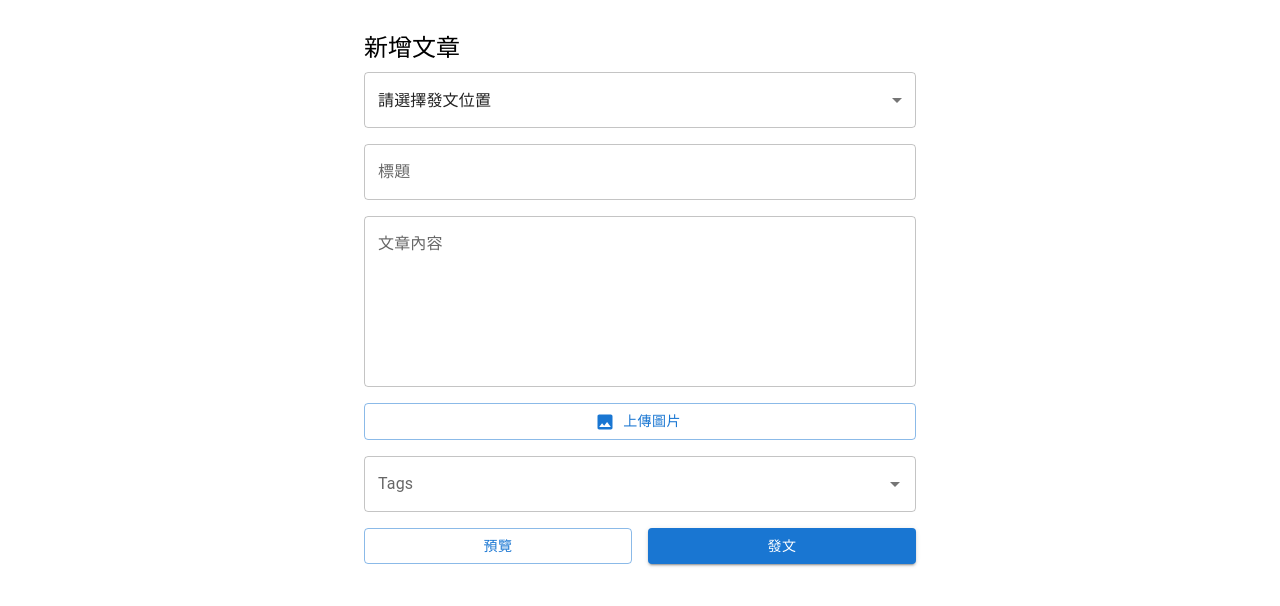
Repository: Angelaliii/SA
Page: /publish (app in next/)
These files come from the project's save history. The page is drawn as it stood at one moment and after a run of saves; the edit follows.
The browser window is 1280 px wide. The pictures show the whole page.
The project was rebuilt for these pictures with package versions that can differ from the ones it lists, and the page was loaded fresh each time. The framework's server and built-in components were replaced by stand-ins that run in the browser.

Above is the page before, as saved 2025-03-24 17:15:36.

After the next 4 saves:
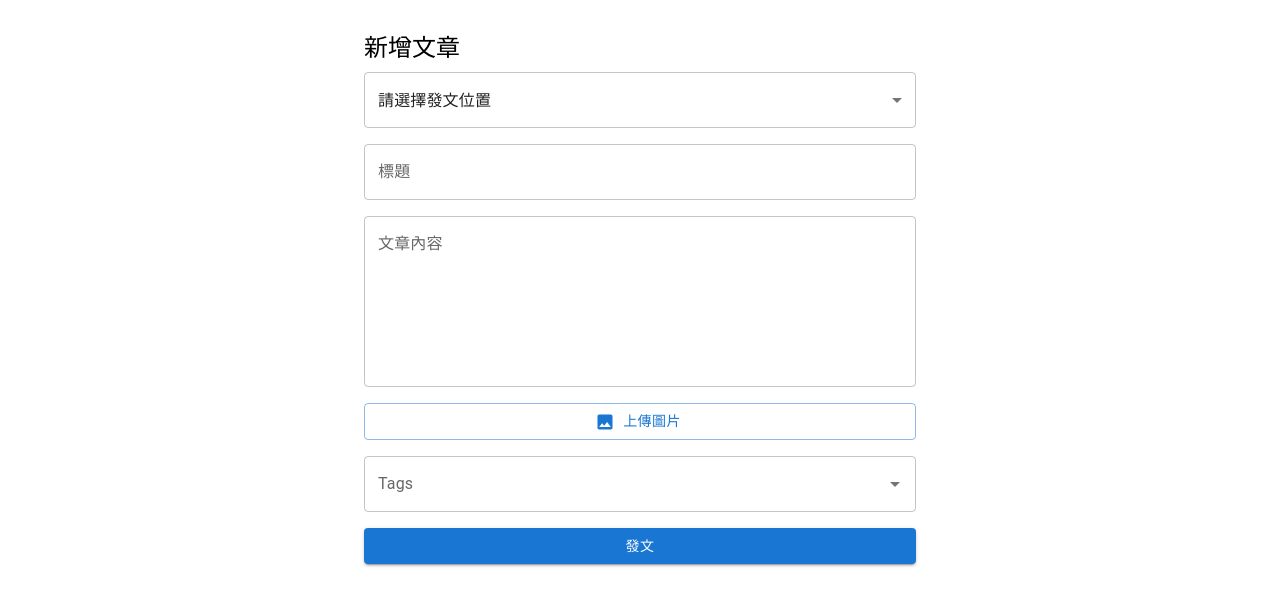
The 4 saves are shown as one change because they came seconds apart.
The last was saved 110 s later.
--- a/next/app/publish/page.tsx
+++ b/next/app/publish/page.tsx
@@ -71,13 +71,6 @@ export default function PublishPage() {
           />
 
           <Stack direction="row" spacing={2}>
-            <Button
-              variant="outlined"
-              fullWidth
-              onClick={() => setPreviewOpen(true)}
-            >
-              預覽
-            </Button>
             <Button variant="contained" color="primary" fullWidth>
               發文
             </Button>
